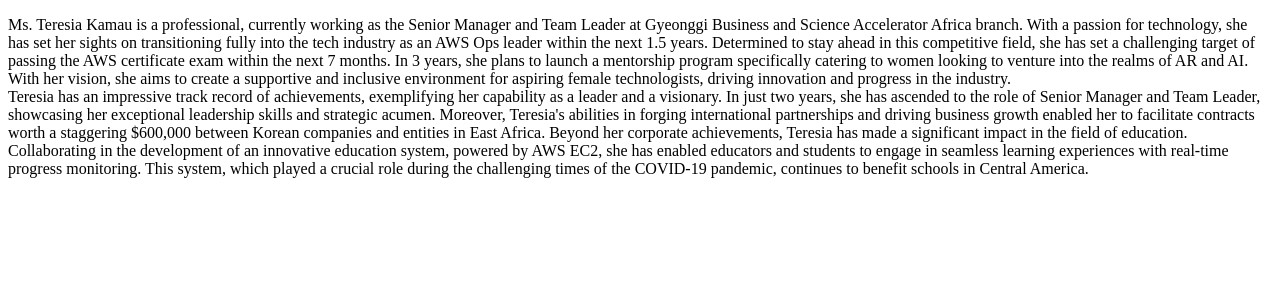
Repository: tessa5/developerPortfolio
Page: public/bio.html
These files come from the project's save history. The page is drawn as it stood at one moment and after the next save; the edit follows.
The browser window is 1280 px wide. The pictures show the whole page.

Above is the page before, as saved 2023-08-07 12:43:07.

After the next save:
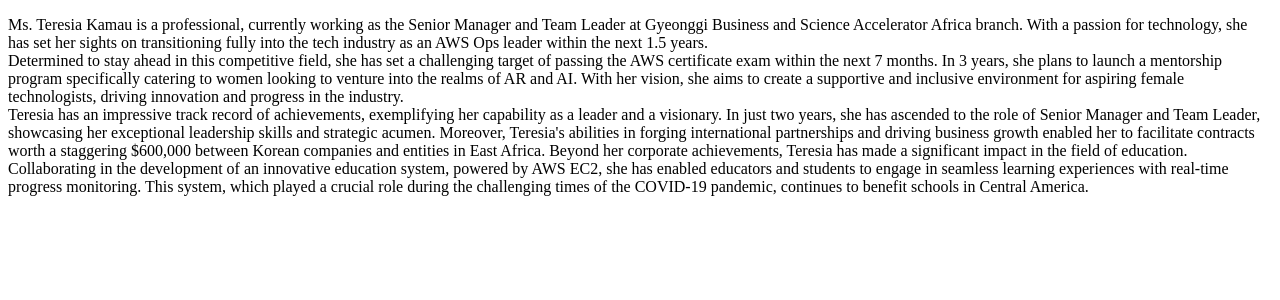
Saved 4 s later.
--- a/public/bio.html
+++ b/public/bio.html
@@ -7,7 +7,7 @@
 </head>
 <body>
     <p class="bio">
-        Ms. Teresia Kamau is a professional, currently working as the Senior Manager and Team Leader at Gyeonggi Business and Science Accelerator Africa branch. With a passion for technology, she has set her sights on transitioning fully into the tech industry as an AWS Ops leader within the next 1.5 years. <vr/>Determined to stay ahead in this competitive field, she has set a challenging target of passing the AWS certificate exam within the next 7 months.
+        Ms. Teresia Kamau is a professional, currently working as the Senior Manager and Team Leader at Gyeonggi Business and Science Accelerator Africa branch. With a passion for technology, she has set her sights on transitioning fully into the tech industry as an AWS Ops leader within the next 1.5 years. <br/>Determined to stay ahead in this competitive field, she has set a challenging target of passing the AWS certificate exam within the next 7 months.
 In 3 years, she plans to launch a mentorship program specifically catering to women looking to venture into the realms of AR and AI. With her vision, she aims to create a supportive and inclusive environment for aspiring female technologists, driving innovation and progress in the industry.
 <br/>Teresia has an impressive track record of achievements, exemplifying her capability as a leader and a visionary. In just two years, she has ascended to the role of Senior Manager and Team Leader, showcasing her exceptional leadership skills and strategic acumen. Moreover, Teresia's abilities in forging international partnerships and driving business growth enabled her to facilitate contracts worth a staggering $600,000 between Korean companies and entities in East Africa.
 Beyond her corporate achievements, Teresia has made a significant impact in the field of education. Collaborating in the development of an innovative education system, powered by AWS EC2, she has enabled educators and students to engage in seamless learning experiences with real-time progress monitoring. This system, which played a crucial role during the challenging times of the COVID-19 pandemic, continues to benefit schools in Central America.
